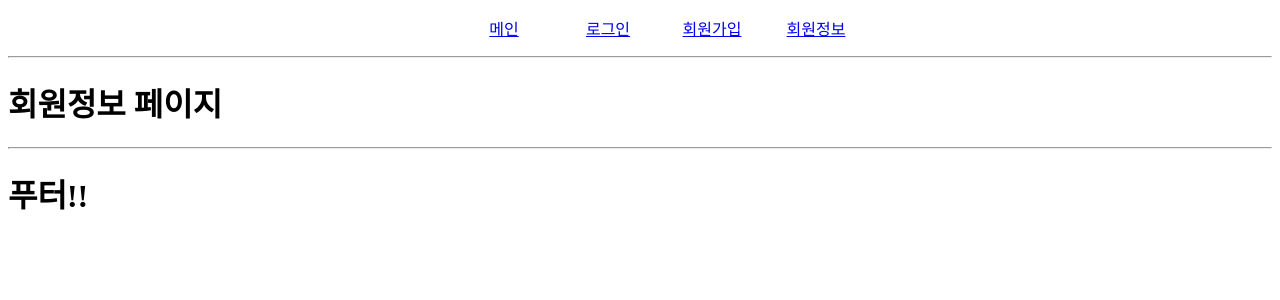
Repository: codingspecialist/jsp-weekend
Page: http://localhost/cos/info.jsp
The author's editor kept a copy of each file at every save. The page is drawn from the files as they stood at one save, then again after the next save.
The browser window is 1280 px wide. The pictures show the whole page.
The page is served by Tomcat 9.

Above is the page before, as saved 2020-08-22 06:45:50.

After the next save:
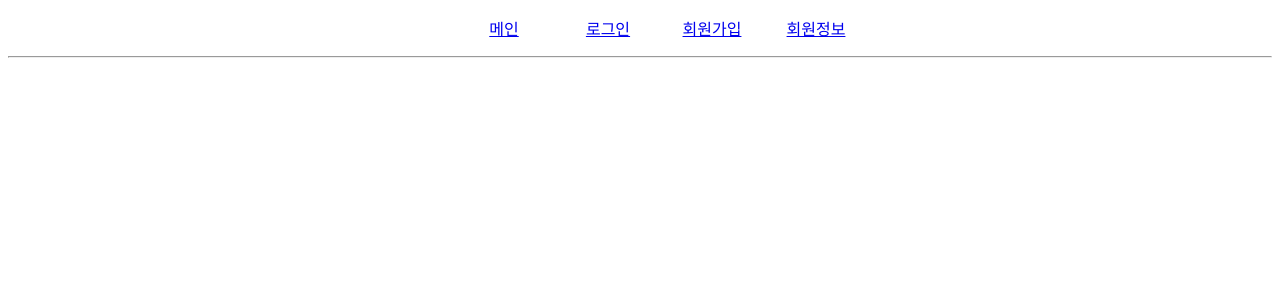
Saved 50 s later.
--- a/cos/WebContent/info.jsp
+++ b/cos/WebContent/info.jsp
@@ -3,6 +3,12 @@
 
 <%@ include file="layout/header.jsp" %>
 
+<%
+	if(session.getAttribute("auth") == null){
+		return;
+	}
+%>
+
 <h1>회원정보 페이지</h1>
 
 <%@ include file="layout/footer.jsp" %>
